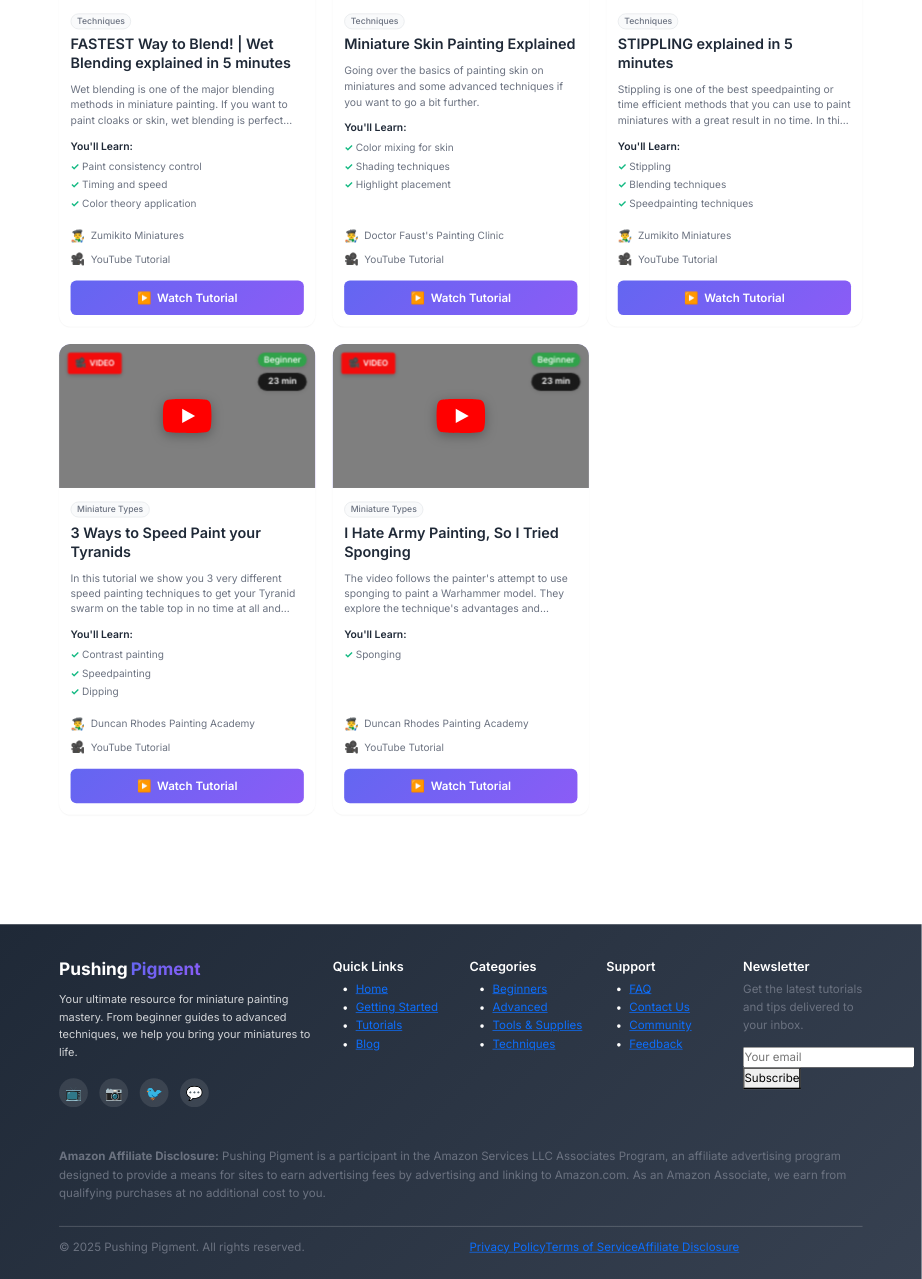
Repository: Aldentec/pushing-pigment-website
Page: /tutorials
An editor plug-in stored every save of this project. The page is shown before and after the next save, followed by the edit.
The browser window is 1280 px wide. The pictures show the part of the page from y = 1533 to 3310 px (the page is 3310 px tall), at 72% of full size.
Pictures or frames that could not be fetched are drawn as grey boxes. The project was rebuilt for these pictures with package versions that can differ from the ones it lists, and the page was loaded fresh each time. Also part of the build but not shown: src/components/Hero/Hero.css, src/components/Hero/Hero.jsx, src/pages/Home/Home.css, src/pages/Home/Home.jsx, src/components/ProductCard/ProductCard.jsx, src/data/products.js, src/pages/Products/Products.jsx, src/data/tieredProducts.js and 7 more.

Above is the page before, as saved 2025-08-19 09:31:17.

### public/index.html
<!DOCTYPE html>
<html lang="en">
  <head>
    <meta charset="utf-8" />

    <!-- Basic Meta Tags -->
    <meta name="viewport" content="width=device-width, initial-scale=1" />
    <meta name="theme-color" content="#6366f1" />

    <!-- SEO Meta Tags -->
    <title>Pushing Pigment - Master Miniature Painting | Tutorials, Tools & Techniques</title>
    <meta name="description" content="Learn miniature painting with expert tutorials, essential tool guides, and step-by-step techniques. From beginner basics to advanced methods - your complete miniature painting resource." />
    <meta name="keywords" content="miniature painting, warhammer painting, mini painting tutorials, painting techniques, miniature paints, brushes, primer, tabletop gaming, model painting, acrylic paints" />
    <meta name="author" content="Pushing Pigment" />
    <meta name="robots" content="index, follow" />
    <link rel="canonical" href="https://pushingpigment.com" />

    <!-- Open Graph / Facebook -->
    <meta property="og:type" content="website" />
    <meta property="og:url" content="https://pushingpigment.com" />
    <meta property="og:title" content="Pushing Pigment - Master Miniature Painting | Tutorials & Tools" />
    <meta property="og:description" content="Learn miniature painting with expert tutorials, essential tool guides, and step-by-step techniques. From beginner basics to advanced methods." />
    <meta property="og:image" content="https://pushingpigment.com/og-image.jpg" />
    <meta property="og:site_name" content="Pushing Pigment" />
    <meta property="og:locale" content="en_US" />

    <!-- Twitter Card -->
    <meta property="twitter:card" content="summary_large_image" />
    <meta property="twitter:url" content="https://pushingpigment.com" />
    <meta property="twitter:title" content="Pushing Pigment - Master Miniature Painting" />
    <meta property="twitter:description" content="Learn miniature painting with expert tutorials, essential tool guides, and step-by-step techniques." />
    <meta property="twitter:image" content="https://pushingpigment.com/twitter-card.jpg" />
    <meta property="twitter:creator" content="@pushingpigment" />

    <!-- Additional SEO Tags -->
    <meta name="geo.region" content="US" />
    <meta name="geo.placename" content="United States" />
    <meta name="language" content="en-US" />
    <meta name="revisit-after" content="7 days" />
    <meta name="rating" content="general" />

    <!-- Favicons -->
    <link rel="icon" href="%PUBLIC_URL%/favicon.ico" />
    <link rel="manifest" href="%PUBLIC_URL%/site.webmanifest" />
    <link rel="mask-icon" href="%PUBLIC_URL%/safari-pinned-tab.svg" color="#6366f1" />
    <meta name="msapplication-TileColor" content="#6366f1" />
    <meta name="msapplication-config" content="%PUBLIC_URL%/browserconfig.xml" />

    <!-- Preconnect for Performance -->
    <link rel="preconnect" href="https://fonts.googleapis.com" />
    <link rel="preconnect" href="https://fonts.gstatic.com" crossorigin />
    <link rel="preconnect" href="https://www.amazon.com" />

    <!-- Google Fonts -->
    <link href="https://fonts.googleapis.com/css2?family=Inter:wght@300;400;500;600;700&display=swap" rel="stylesheet" />

    <!-- Structured Data / JSON-LD -->
    <script type="application/ld+json">
    {
      "@context": "https://schema.org",
      "@type": "WebSite",
      "name": "Pushing Pigment",
      "description": "Master miniature painting with expert tutorials, essential tool guides, and step-by-step techniques for all skill levels.",
      "url": "https://pushingpigment.com",
      "potentialAction": {
        "@type": "SearchAction",
        "target": {
          "@type": "EntryPoint",
          "urlTemplate": "https://pushingpigment.com/search?q={search_term_string}"
        },
        "query-input": "required name=search_term_string"
      },
      "publisher": {
        "@type": "Organization",
        "name": "Pushing Pigment",
        "url": "https://pushingpigment.com",
        "logo": {
          "@type": "ImageObject",
          "url": "https://pushingpigment.com/logo.png"
        },
        "sameAs": [
          "https://youtube.com/@pushingpigment",
          "https://instagram.com/pushingpigment",
          "https://twitter.com/pushingpigment"
        ]
      }
    }
    </script>

    <script type="application/ld+json">
    {
      "@context": "https://schema.org",
      "@type": "EducationalOrganization",
      "name": "Pushing Pigment",
      "description": "Educational resource for miniature painting techniques and tutorials",
      "url": "https://pushingpigment.com",
      "courseMode": "online",
      "educationalLevel": "Beginner to Advanced",
      "teaches": [
        "Miniature Painting",
        "Model Painting Techniques",
        "Acrylic Painting",
        "Brush Techniques",
        "Color Theory",
        "Weathering Effects"
      ]
    }
    </script>

    <!-- Amazon Associates Disclaimer -->
    <meta name="amazon-affiliate" content="true" />

    <!-- Performance Hints -->
    <link rel="dns-prefetch" href="//amazon.com" />
    <link rel="dns-prefetch" href="//images-amazon.com" />
    <link rel="dns-prefetch" href="//google-analytics.com" />

    <!-- Security Headers -->
    <meta http-equiv="X-Content-Type-Options" content="nosniff" />
    <meta http-equiv="X-Frame-Options" content="DENY" />
    <meta http-equiv="X-XSS-Protection" content="1; mode=block" />
    <meta name="referrer" content="strict-origin-when-cross-origin" />

    <!-- Google tag (gtag.js) -->
    <script async src="https://www.googletagmanager.com/gtag/js?id=G-DWM4GB1EJW"></script>
    <script>
      window.dataLayer = window.dataLayer || [];
      function gtag(){dataLayer.push(arguments);}
      gtag('js', new Date());

      gtag('config', 'G-DWM4GB1EJW');
    </script>
  </head>

  <body>
    <noscript>
      <div style="text-align: center; padding: 50px; font-family: Arial, sans-serif;">
        <h1>JavaScript Required</h1>
        <p>You need to enable JavaScript to run this app and access all miniature painting tutorials and resources.</p>
        <p>Please enable JavaScript in your browser settings and reload the page.</p>
      </div>
    </noscript>

    <!-- Main App Container -->
    <div id="root"></div>

    <!-- Structured Data for Breadcrumbs -->
    <script type="application/ld+json">
    {
      "@context": "https://schema.org",
      "@type": "BreadcrumbList",
      "itemListElement": [
        {
          "@type": "ListItem",
          "position": 1,
          "name": "Home",
          "item": "https://pushingpigment.com"
        },
        {
          "@type": "ListItem",
          "position": 2,
          "name": "Getting Started",
          "item": "https://pushingpigment.com/products"
        },
        {
          "@type": "ListItem",
          "position": 3,
          "name": "Tutorials",
          "item": "https://pushingpigment.com/tutorials"
        }
      ]
    }
    </script>

    <!-- Service Worker Registration (Optional - for PWA features) -->
    <script>
      if ('serviceWorker' in navigator) {
        window.addEventListener('load', function() {
          navigator.serviceWorker.register('/sw.js')
            .then(function(registration) {
              console.log('SW registered: ', registration);
            })
            .catch(function(registrationError) {
              console.log('SW registration failed: ', registrationError);
            });
        });
      }
    </script>
  </body>
</html>

### src/App.jsx
import React from 'react';
import { BrowserRouter as Router, Routes, Route } from 'react-router-dom';
import { HelmetProvider } from 'react-helmet-async';
import 'bootstrap/dist/css/bootstrap.min.css';
import ScrollToTop from './components/ScrollToTop';
import './styles/global.css';
import './App.css';

// Components
import Navigation from './components/Navigation/Navigation';
import Footer from './components/Footer/Footer';

// Pages
import Home from './pages/Home/Home';
import Tutorials from './pages/Tutorials/Tutorials';
import Products from './pages/Products/Products';
import GettingStarted from './pages/GettingStarted/GettingStarted';
import Blog from './pages/Blog/Blog';
import BlogPost from './pages/Blog/BlogPost';


function App() {
  return (
    <HelmetProvider>
      <Router>
        <ScrollToTop />
        <div className="App">
          <Navigation />
          <main>
            <Routes>
              <Route path="/" element={<Home />} />
              <Route path="/getting-started" element={<GettingStarted />} />
              <Route path="/products" element={<Products />} />
              <Route path="/tutorials" element={<Tutorials />} />
              <Route path="/blog" element={<Blog />} />
              <Route path="/blog/:slug" element={<BlogPost />} />
            </Routes>
          </main>
          <Footer />
        </div>
      </Router>
    </HelmetProvider>
  );
}

export default App;

### src/App.css
/* App-specific styles */
.App {
  min-height: 100vh;
  display: flex;
  flex-direction: column;
}

main {
  flex: 1;
}

/* Global overrides for Bootstrap */
.btn:focus {
  box-shadow: none;
}

.btn-primary {
  background: var(--gradient-primary);
  border: none;
}

.btn-primary:hover,
.btn-primary:focus,
.btn-primary:active {
  background: var(--gradient-primary);
  filter: brightness(1.1);
  border: none;
}

.btn-outline-primary {
  border-color: var(--primary-color);
  color: var(--primary-color);
}

.btn-outline-primary:hover,
.btn-outline-primary:focus,
.btn-outline-primary:active {
  background: var(--primary-color);
  border-color: var(--primary-color);
  color: white;
}

/* Custom scrollbar */
::-webkit-scrollbar {
  width: 8px;
}

::-webkit-scrollbar-track {
  background: var(--bg-light);
}

::-webkit-scrollbar-thumb {
  background: var(--primary-color);
  border-radius: 4px;
}

::-webkit-scrollbar-thumb:hover {
  background: var(--secondary-color);
}

/* Smooth scrolling */
html {
  scroll-behavior: smooth;
}

/* Focus styles for accessibility */
*:focus {
  outline: 2px solid var(--primary-color);
  outline-offset: 2px;
}

.btn:focus,
.form-control:focus,
.form-select:focus {
  outline: none;
  box-shadow: 0 0 0 0.2rem rgba(99, 102, 241, 0.25);
}

### src/components/Footer/Footer.css
.site-footer {
  background: linear-gradient(135deg, var(--text-dark) 0%, #374151 100%);
  color: white;
  padding: 3rem 0 1rem;
  margin-top: 4rem;
}

.footer-section {
  margin-bottom: 2rem;
}

.footer-brand {
  font-size: 1.5rem;
  font-weight: 700;
  margin-bottom: 1rem;
  display: flex;
  align-items: center;
}

.footer-brand .brand-text {
  color: white;
  margin-right: 0.25rem;
}

.footer-brand .brand-accent {
  background: var(--gradient-primary);
  -webkit-background-clip: text;
  -webkit-text-fill-color: transparent;
  background-clip: text;
}

.footer-description {
  color: rgba(255, 255, 255, 0.8);
  line-height: 1.6;
  margin-bottom: 1.5rem;
  font-size: 0.95rem;
}

.social-links {
  display: flex;
  gap: 1rem;
}

.social-link {
  display: inline-flex;
  align-items: center;
  justify-content: center;
  width: 40px;
  height: 40px;
  background: rgba(255, 255, 255, 0.1);
  border-radius: 50%;
  color: white;
  text-decoration: none;
  font-size: 1.2rem;
  transition: all 0.3s ease;
}

### src/data/tutorials.js
// src/data/tutorials.js
// Tutorial data with YouTube integration - replace URLs with your actual videos

export const tutorialData = [
  {
    id: 1,
    title: "Ultimate guide to painting your first miniature - everything you need to know ",
    description: "This is the ultimate video to get started with miniatures, no matter if its Warhammer, Dungeons and Dragons or any other miniature based hobby like 3D printing. We go through everything from picking the right miniature, building your first miniature as well as the three most common ways of painting miniatures.",
    category: "Basics",
    difficulty: "Beginner",
    duration: "43 min",
    instructor: "Squidmar",
    icon: "🎯",
    skills: [
      "Holding a brush properly",
      "Basic paint thinning",
      "Simple base coating",
    ],
    youtubeUrl: "https://www.youtube.com/watch?v=S7-At4qVC84&t=2429s",
    link: "#tutorial-1" // Fallback link if YouTube URL doesn't work
  },
  {
    id: 2,
    title: "Become a DRYBRUSH MASTER! The complete guide to drybrushing minis ",
    description: "Learn how to properly drybrush your minis!",
    category: "Techniques",
    difficulty: "Beginner",
    duration: "26 min",
    instructor: "Midwinter Minis",
    icon: "🖌️",
    skills: [
      "Proper brush loading",
      "Texture enhancement",
      "Highlight placement",
      "Edge highlighting"
    ],
    youtubeUrl: "https://www.youtube.com/watch?v=LtD1kyz5slk&t=922s",
    link: "#tutorial-2"
  },
  {
    id: 3,
    title: "The only 3 ways we’ll ever paint Space Marines again ",
    description: "Step-by-step guide to painting Warhammer 40K Space Marines with crisp details and professional-looking results.",
    category: "Miniature Types",
    difficulty: "Intermediate",
    duration: "17 min",
    instructor: "Squidmar",
    icon: "⚔️",
    skills: [
      "Power armor painting",
      "Weapon detailing",
      "Chapter markings",
      "Battle damage effects"
    ],
    youtubeUrl: "https://www.youtube.com/watch?v=sxgJUp5A8f0",
    link: "#tutorial-3"
  },
  {
    id: 4,
    title: "FASTEST Way to Blend! | Wet Blending explained in 5 minutes",
    description: "Wet blending is one of the major blending methods in miniature painting. If you want to paint cloaks or skin, wet blending is perfect solution! Of course you can go ahead and use it on space marine armor, but natural surfaces are the best for wet blending.",
    category: "Techniques",
    difficulty: "Advanced",
    duration: "6 min",
    instructor: "Zumikito Miniatures",
    icon: "🌈",
    skills: [
      "Paint consistency control",
      "Timing and speed",
      "Color theory application",
      "Gradient smoothing"
    ],
    youtubeUrl: "https://www.youtube.com/watch?v=uqFnsbE1Mr4",
    link: "#tutorial-4"
  },
  {
    id: 5,
    title: "Miniature Skin Painting Explained",
    description: "Going over the basics of painting skin on miniatures and some advanced techniques if you want to go a bit further.",
    category: "Techniques",
    difficulty: "Intermediate",
    duration: "14 min",
    instructor: "Doctor Faust's Painting Clinic",
    icon: "👤",
    skills: [
      "Color mixing for skin",
      "Shading techniques",
      "Highlight placement",
      "Fantasy skin variations"
    ],
    youtubeUrl: "https://www.youtube.com/watch?v=9wSZjPHaaC4",
    link: "#tutorial-5"
  },
  {
    id: 6,
    title: "STIPPLING explained in 5 minutes",
    description: "Stippling is one of the best speedpainting or time efficient methods that you can use to paint miniatures with a great result in no time. In this video you will learn how to stipple on your miniatures, so you can paint better and faster as well!",
    category: "Techniques",
    difficulty: "Advanced",
    duration: "5 min",
    instructor: "Zumikito Miniatures",
    icon: "🖌️",
    skills: [
      "Stippling",
      "Blending techniques",
      "Speedpainting techniques"
    ],
    youtubeUrl: "https://www.youtube.com/watch?v=Y0z5DHADF4M",
    link: "#tutorial-6"
  },
  {
    id: 7,
    title: "3 Ways to Speed Paint your Tyranids",
    description: "In this tutorial we show you 3 very different speed painting techniques to get your Tyranid swarm on the table top in no time at all and looking good!",
    category: "Miniature Types",
    difficulty: "Beginner",
    duration: "23 min",
    instructor: "Duncan Rhodes Painting Academy",
    icon: "🖌⚔️",
    skills: [
      "Contrast painting",
      "Speedpainting",
      "Dipping"
    ],
    youtubeUrl: "https://www.youtube.com/watch?v=Y0z5DHADF4M",
    link: "#tutorial-7"
  },
  {
    id: 8,
    title: "I Hate Army Painting, So I Tried Sponging",
    description: "The video follows the painter's attempt to use sponging to paint a Warhammer model. They explore the technique's advantages and disadvantages, highlighting how it works best on simpler-shaped models, while presenting challenges on complex designs.",
    category: "Miniature Types",
    difficulty: "Beginner",
    duration: "23 min",
    instructor: "Duncan Rhodes Painting Academy",
    icon: "🖌⚔️",
    skills: [
      "Sponging"
    ],
    youtubeUrl: "https://www.youtube.com/watch?v=FRfFwOVD-Ug",
    link: "#tutorial-8"
  }
];

// Helper functions for filtering
export const getTutorialsByDifficulty = (difficulty) => {
  return tutorialData.filter(tutorial => tutorial.difficulty === difficulty);
};

export const getTutorialsByCategory = (category) => {
  return tutorialData.filter(tutorial => tutorial.category === category);
};

export const getPopularTutorials = () => {
  return tutorialData.filter(tutorial => tutorial.rating >= 4.5).sort((a, b) => b.rating - a.rating);
};

export const getBeginnerTutorials = () => {
  return getTutorialsByDifficulty('Beginner');
};

### src/pages/Products/Products.css
.products-page {
  padding-top: 80px;
}

.products-hero {
  background: var(--bg-light);
  padding: 4rem 0;
  margin-bottom: 3rem;
}

.products-title {
  font-size: 3rem;
  font-weight: 700;
  margin-bottom: 1.5rem;
  color: var(--text-dark);
}

.products-description {
  font-size: 1.25rem;
  color: var(--text-light);
  line-height: 1.6;
  margin: 0;
}

.products-content {
  padding-bottom: 4rem;
}

.filter-title {
  font-size: 1rem;
  font-weight: 600;
  color: var(--text-dark);
  margin-bottom: 0.75rem;
}

.category-filters {
  margin-bottom: 1rem;
}

.category-buttons {
  display: flex;
  flex-wrap: wrap;
  gap: 0.5rem;
}

.category-btn {
  border-radius: 20px;
  font-size: 0.875rem;
  font-weight: 500;
  padding: 0.5rem 1rem;
  transition: all 0.3s ease;
}

.category-btn:hover {
  transform: translateY(-1px);
}

.sort-controls {
  display: flex;
  flex-direction: column;
}

.sort-select {
  border-radius: 8px;
  border: 1px solid var(--border-color);
  padding: 0.5rem 0.75rem;
  font-size: 0.9rem;
}

.sort-select:focus {
  border-color: var(--primary-color);
  box-shadow: 0 0 0 0.2rem rgba(99, 102, 241, 0.25);
}

.results-summary {
  margin-bottom: 1rem;
}

.results-badge {
  font-size: 0.875rem;
  padding: 0.6rem 1.2rem;
  border-radius: 20px;
  background: var(--bg-light) !important;
  color: var(--text-light) !important;
  border: 1px solid var(--border-color);
}

.no-products {
  text-align: center;
  padding: 3rem 1rem;
}

.no-products-icon {
  font-size: 4rem;
  margin-bottom: 1rem;
  opacity: 0.5;
}

.no-products h4 {
  color: var(--text-dark);
  margin-bottom: 0.5rem;
}

.no-products p {
  margin-bottom: 2rem;
}

/* Animation for product cards */
.products-page .product-card {
  animation: fadeInUp 0.6s ease-out;
}

/* Responsive Design */
@media (max-width: 992px) {
  .products-title {
    font-size: 2.5rem;
  }

  .products-description {
    font-size: 1.1rem;
  }

  .category-filters {
    margin-bottom: 2rem;
  }

  .sort-controls {
    margin-top: 1rem;
  }
}

@media (max-width: 768px) {
  .products-hero {
    padding: 3rem 0;
  }

  .products-title {
    font-size: 2rem;
  }

  .products-description {
    font-size: 1rem;
  }

  .category-buttons {
    justify-content: center;
  }

  .no-products-icon {
    font-size: 3rem;
  }
}

Loaded but not shown: src/index.tsx (common file); src/index.css (common file); src/reportWebVitals.ts (common file); src/components/ScrollToTop.js (common file); src/pages/Tutorials/Tutorials.jsx (496 lines, source omitted); src/components/GettingStarted/GettingStarted.css (688 lines, source omitted); src/pages/Tutorials/Tutorials.css (470 lines, source omitted); src/components/ProductCard/ProductCard.css (347 lines, source omitted); src/components/Footer/Footer.jsx (129 lines, source omitted); src/pages/Blog/Blog.css (239 lines, source omitted); src/components/Navigation/Navigation.jsx (122 lines, source omitted); src/styles/global.css (170 lines, source omitted); src/components/Navigation/Navigation.css (183 lines, source omitted)

After the next save:
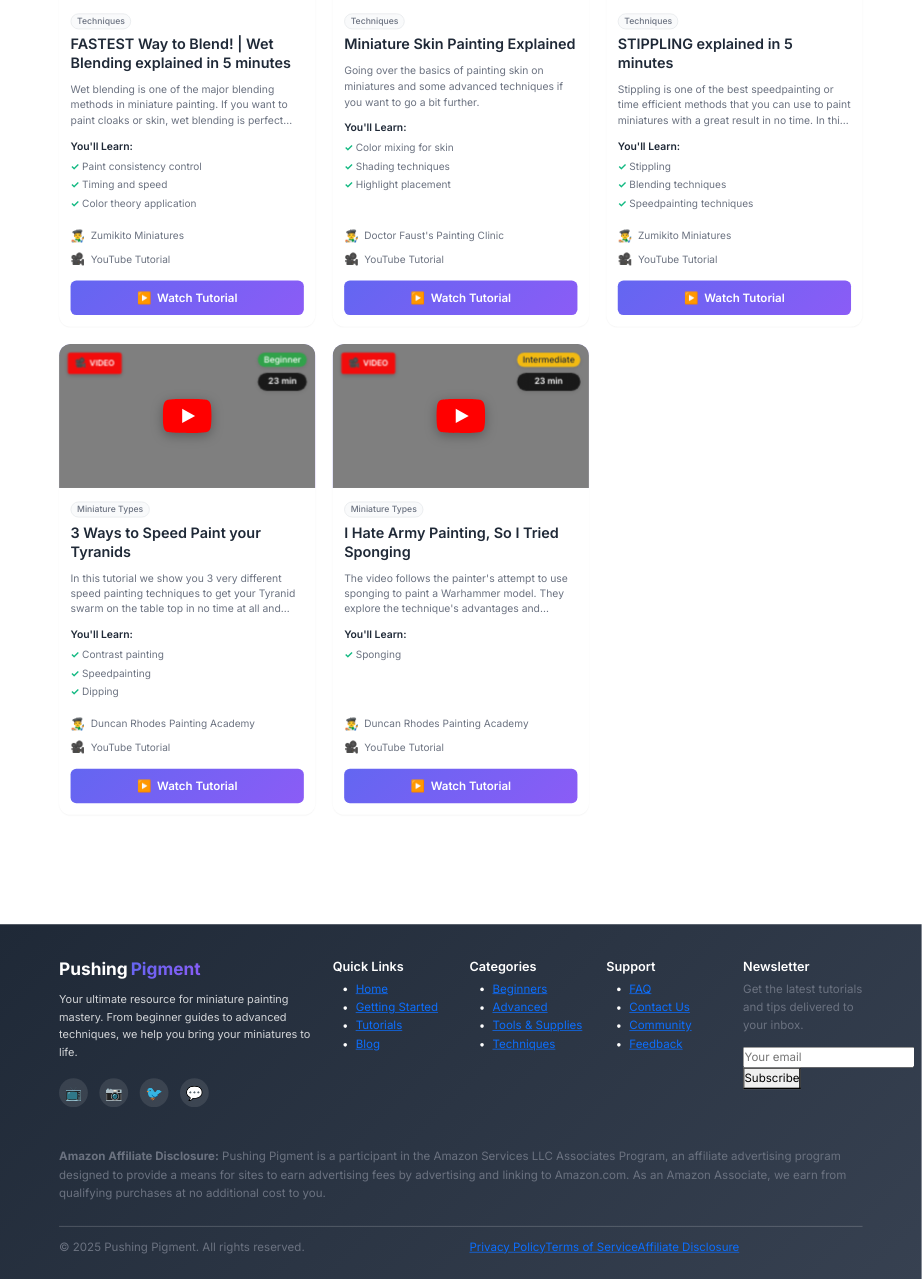
Saved 93 s later.
--- a/src/data/tutorials.js
+++ b/src/data/tutorials.js
@@ -130,7 +130,7 @@
     title: "I Hate Army Painting, So I Tried Sponging",
     description: "The video follows the painter's attempt to use sponging to paint a Warhammer model. They explore the technique's advantages and disadvantages, highlighting how it works best on simpler-shaped models, while presenting challenges on complex designs.",
     category: "Miniature Types",
-    difficulty: "Beginner",
+    difficulty: "Intermediate",
     duration: "23 min",
     instructor: "Duncan Rhodes Painting Academy",
     icon: "🖌⚔️",
